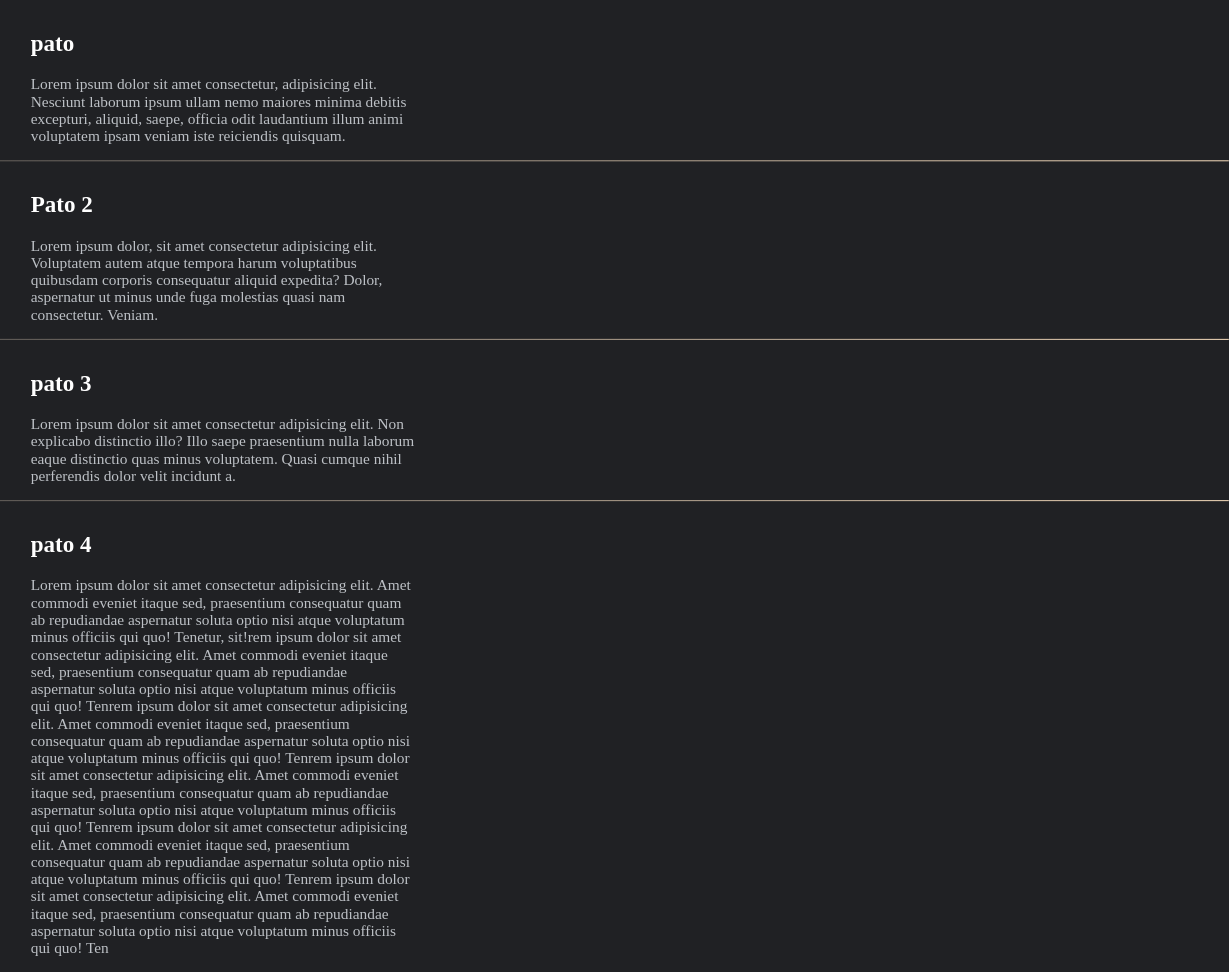
Repository: viviij/Fun-es-Simples-JavaScript
Page: index.html
An editor plug-in stored every save of this project. The page is shown before and after the next save, followed by the edit.
The browser window is 1280 px wide. The pictures show the whole page, at 96% of full size.

Above is the page before, as saved 2022-08-25 21:28:00.

### index.html
<!DOCTYPE html>
<html lang="ptBR">
  <head>
    <meta charset="UTF-8">
    <meta http-equiv="X-UA-Compatible" content="IE=edge">
    <meta name="viewport" content="width=device-width, initial-scale=1.0">
    <link rel="stylesheet" href="styles.css">
    <title>Prova C3C</title>
  </head>
  <body>
    <div class="container">
      <section class="questao_1">
        <h1>pato</h1>
        <p>Lorem ipsum dolor sit amet consectetur, adipisicing elit. Nesciunt laborum ipsum ullam nemo maiores minima debitis excepturi, aliquid, saepe, officia odit laudantium illum animi voluptatem ipsam veniam iste reiciendis quisquam.</p>
      </section>

      <div class="divisaoDasQuestoes"></div>

      <section class="questao_2">
        <h1>Pato 2</h1>
        <p>Lorem ipsum dolor, sit amet consectetur adipisicing elit. Voluptatem autem atque tempora harum voluptatibus quibusdam corporis consequatur aliquid expedita? Dolor, aspernatur ut minus unde fuga molestias quasi nam consectetur. Veniam.</p>
      </section>

      <div class="divisaoDasQuestoes"></div>

      <section class="questao_3">
        <h1>pato 3</h1>
        <p>Lorem ipsum dolor sit amet consectetur adipisicing elit. Non explicabo distinctio illo? Illo saepe praesentium nulla laborum eaque distinctio quas minus voluptatem. Quasi cumque nihil perferendis dolor velit incidunt a.</p>
      </section>

      <div class="divisaoDasQuestoes"></div>

      <section class="questao_4">
        <h1>pato 4</h1>
        <p>Lorem ipsum dolor sit amet consectetur adipisicing elit. Amet commodi eveniet itaque sed, praesentium consequatur quam ab repudiandae aspernatur soluta optio nisi atque voluptatum minus officiis qui quo! Tenetur, sit!rem ipsum dolor sit amet consectetur adipisicing elit. Amet commodi eveniet itaque sed, praesentium consequatur quam ab repudiandae aspernatur soluta optio nisi atque voluptatum minus officiis qui quo! Tenrem ipsum dolor sit amet consectetur adipisicing elit. Amet commodi eveniet itaque sed, praesentium consequatur quam ab repudiandae aspernatur soluta optio nisi atque voluptatum minus officiis qui quo! Tenrem ipsum dolor sit amet consectetur adipisicing elit. Amet commodi eveniet itaque sed, praesentium consequatur quam ab repudiandae aspernatur soluta optio nisi atque voluptatum minus officiis qui quo! Tenrem ipsum dolor sit amet consectetur adipisicing elit. Amet commodi eveniet itaque sed, praesentium consequatur quam ab repudiandae aspernatur soluta optio nisi atque voluptatum minus officiis qui quo! Tenrem ipsum dolor sit amet consectetur adipisicing elit. Amet commodi eveniet itaque sed, praesentium consequatur quam ab repudiandae aspernatur soluta optio nisi atque voluptatum minus officiis qui quo! Ten</p>
      </section>
    </div>
    <script src="Prova_Segunda_Etapa_C3C.js"></script>
  </body>
</html>

### styles.css
body {
  margin: 0;
  padding: 0;
  box-sizing: border-box;
  background: var(--background-color);
}

a {
  text-decoration: none;
}

ul {
  list-style: none;
}

:root {
  /*CORES GLOBAIS*/
  --text-color: #bdc1c6;
  --background-color: #202124;
  --title-color: #ffffff;

}

.container section {
  max-height: auto;
  max-width: 400px;
}

section {
  margin-left: 2rem;
  color: var(--text-color);
  margin-top: 2rem;
}

.container .divisaoDasQuestoes {
  height: 1px;
  background: linear-gradient(270deg,
      hsla(33, 100%, 88%, 1) 0%,
      hsla(33, 65%, 88%, 0.34) 100%);
}

section h1,
h2,
h3,
h4,
h5 {
  color: var(--title-color);
}

.container .questao_1 {}

.container .questao_2 {}

.container .questao_3 {}

.container .questao_4 {}

Loaded but not shown: Prova_Segunda_Etapa_C3C.js (no stored copy; drawn as an empty file)

After the next save:
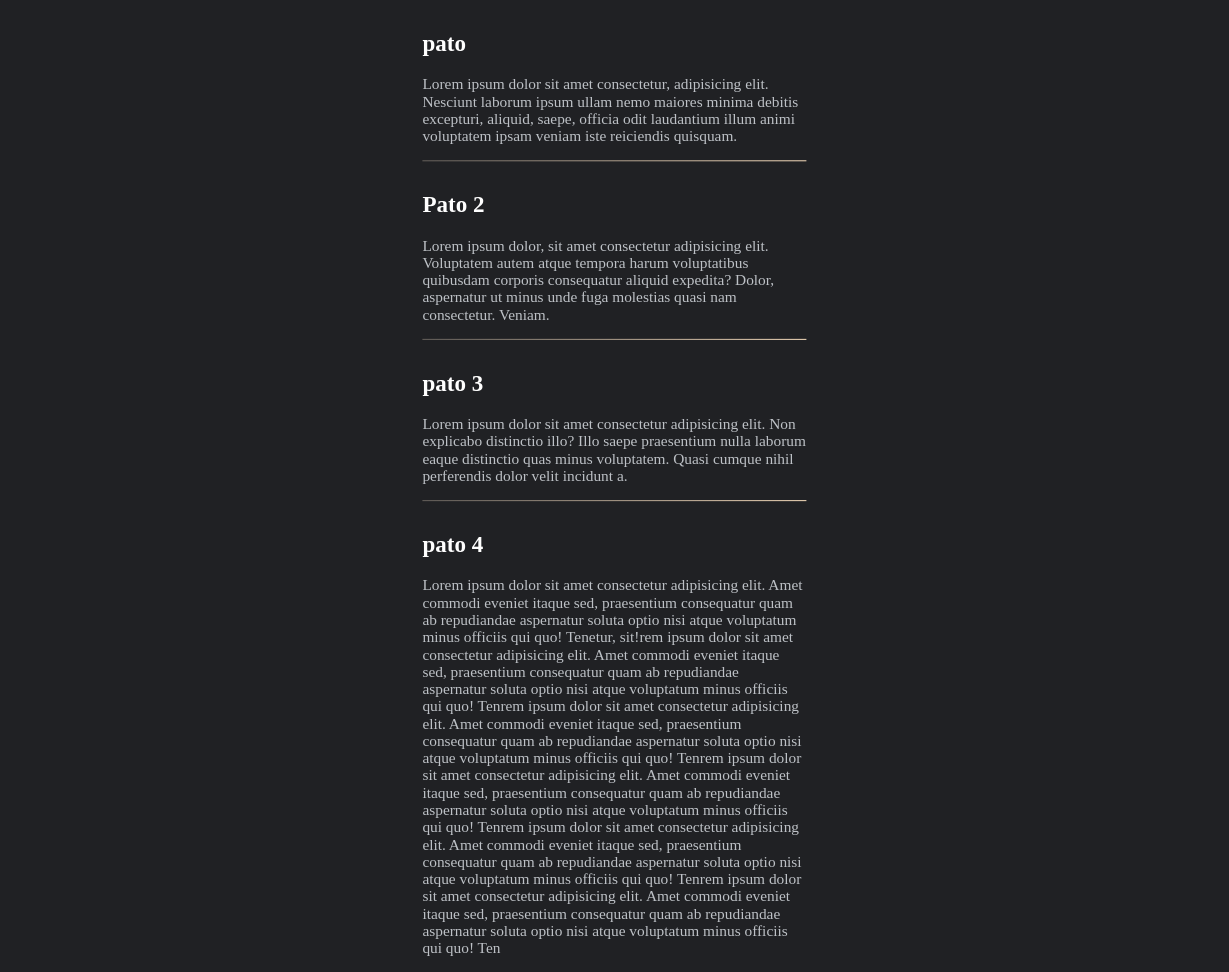
Saved 2 min 16 s later.
--- a/styles.css
+++ b/styles.css
@@ -3,6 +3,8 @@ body {
   padding: 0;
   box-sizing: border-box;
   background: var(--background-color);
+  display: flex;
+  justify-content: center;
 }
 
 a {
@@ -27,7 +29,6 @@ ul {
 }
 
 section {
-  margin-left: 2rem;
   color: var(--text-color);
   margin-top: 2rem;
 }
